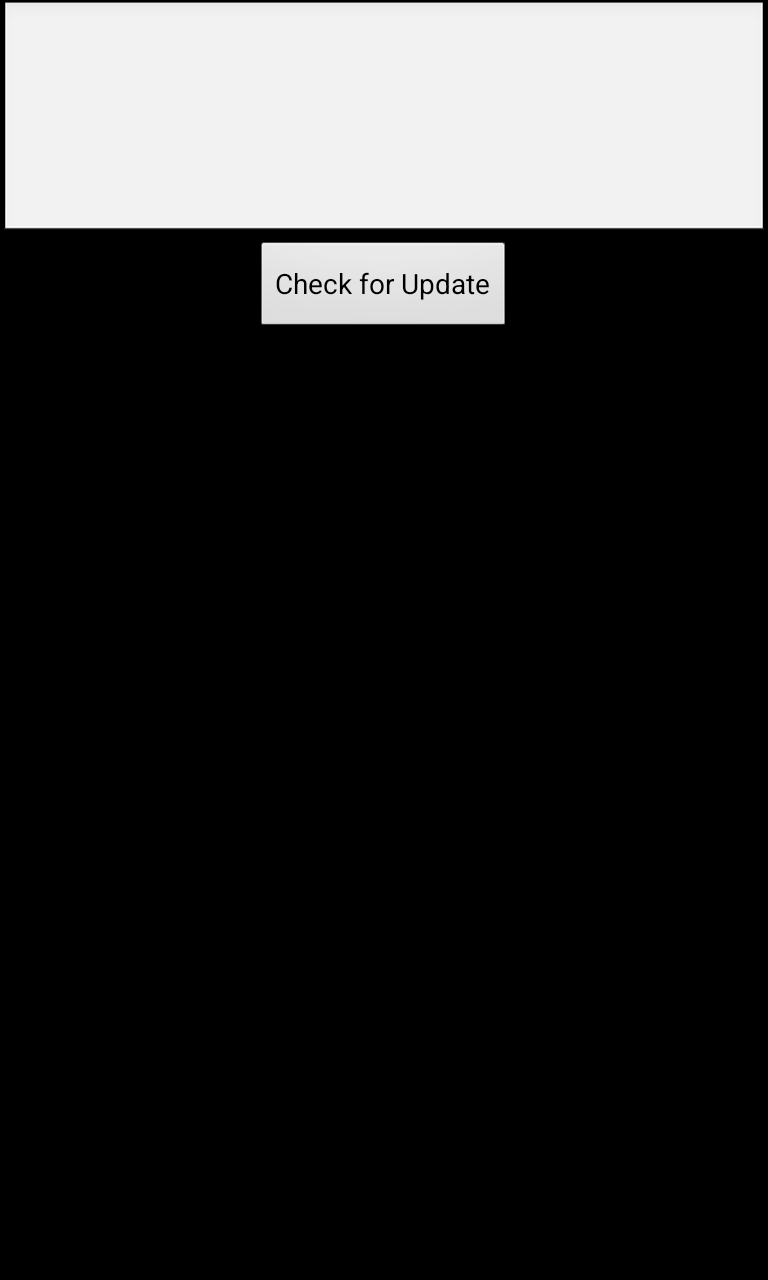
Repository: JerryScript-duplicate/BacksideUpdater
Layout: BacksideUpdater/res/layout/main.xml
These files come from the project's save history. The layout is drawn as it stood at one moment and after the next save; the edit follows.
It is drawn on a 768 x 1280 px phone screen (xhdpi) without system bars, with theme android:Theme; the app's code is not run.

Above is the layout before, as saved 2012-01-18 19:33:39.

### BacksideUpdater/res/layout/main.xml
<?xml version="1.0" encoding="utf-8"?>
<LinearLayout xmlns:android="http://schemas.android.com/apk/res/android"
    android:layout_width="fill_parent"
    android:layout_height="fill_parent"
    android:orientation="vertical" >

    <LinearLayout
        android:id="@+id/LinearLayout01"
        android:layout_width="wrap_content"
        android:layout_height="wrap_content" >
    </LinearLayout>

    <EditText
        android:id="@+id/bannerTitle"
        android:layout_width="fill_parent"
        android:layout_height="120dp" >
    </EditText>

    <Button
        android:id="@+id/BacksideUpdaterButton"
        android:layout_width="wrap_content"
        android:layout_height="wrap_content"
        android:onClick="myClickHandler"
        android:gravity="center"
        android:layout_gravity="center"
        android:text="@string/check4up_button_text" />

    <TextView
        android:id="@+id/pagetext"
        android:layout_width="fill_parent"
        android:layout_height="fill_parent"
        android:scrollbars="vertical" >
    </TextView>

</LinearLayout>

### BacksideUpdater/res/values/strings.xml
<?xml version="1.0" encoding="utf-8"?>
<resources>

    <string name="hello">BACKside-IHO-VM670 Update Checker</string>
    <string name="app_name">BacksideUpdater</string>
    <string name="check4up_button_text">Check for Update</string>

</resources>

After the next save:
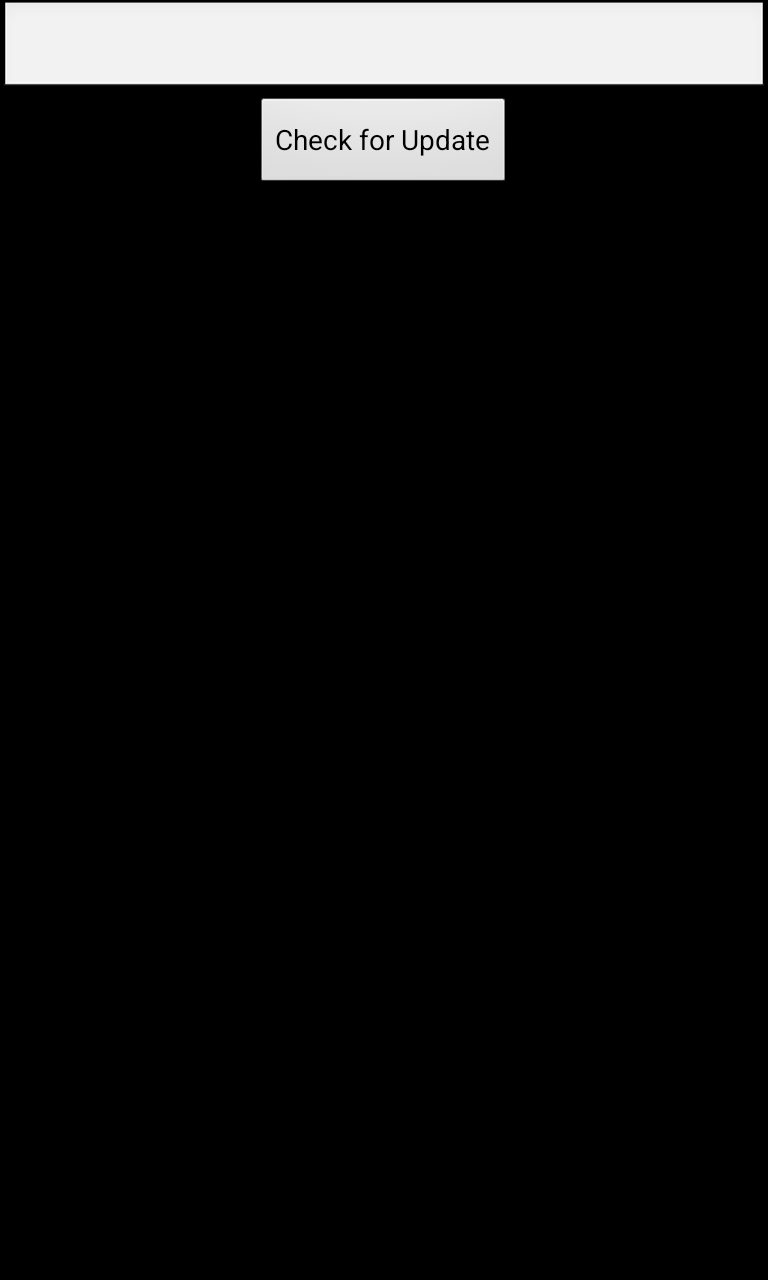
Saved 7 min 27 s later.
--- a/BacksideUpdater/res/layout/main.xml
+++ b/BacksideUpdater/res/layout/main.xml
@@ -13,7 +13,7 @@
     <EditText
         android:id="@+id/bannerTitle"
         android:layout_width="fill_parent"
-        android:layout_height="120dp" >
+        android:layout_height="wrap_content" >
     </EditText>
 
     <Button
@@ -23,7 +23,8 @@
         android:onClick="myClickHandler"
         android:gravity="center"
         android:layout_gravity="center"
-        android:text="@string/check4up_button_text" />
+        android:text="@string/check4up_button_text" >
+    </Button>
 
     <TextView
         android:id="@+id/pagetext"
